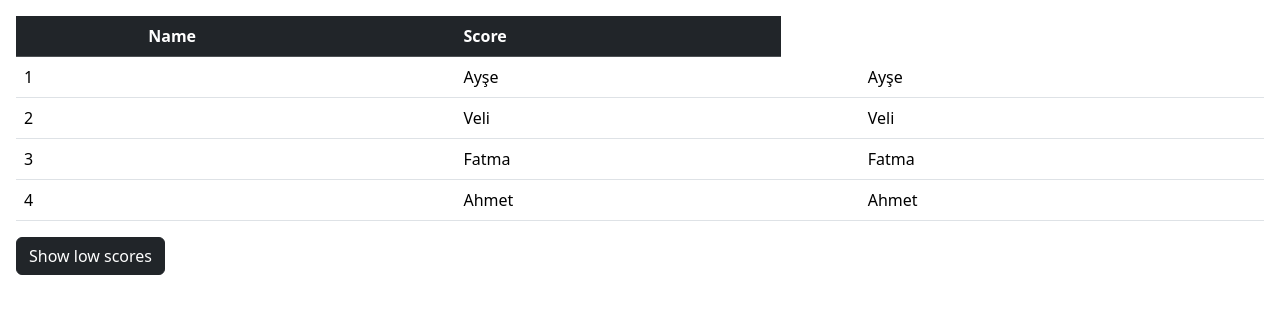
Repository: GorkemTurhan89/jsTutorial
Page: day17/70-dom-2.html
The author's editor kept a copy of each file at every save. The page is drawn from the files as they stood at one save, then again after the next save.
The browser window is 1280 px wide. The pictures show the whole page.

Above is the page before, as saved 2024-06-22 13:53:02.

### day17/70-dom-2.html
<!DOCTYPE html>
<html lang="en">
<head>
    <meta charset="UTF-8">
    <meta name="viewport" content="width=device-width, initial-scale=1.0">
    <title>DOM</title>
    <link href="https://cdn.jsdelivr.net/npm/bootstrap@5.3.3/dist/css/bootstrap.min.css" rel="stylesheet" integrity="sha384-QWTKZyjpPEjISv5WaRU9OFeRpok6YctnYmDr5pNlyT2bRjXh0JMhjY6hW+ALEwIH" crossorigin="anonymous">
</head>
<body class="p-3">

    <table id="tblStudents" class="table">
        <thead class="table-dark">
            <tr>
                <th></th>
                <th>Name</th>
                <th>Score</th>
            </tr>
        </thead>
        <tbody>


        </tbody>
    </table>
    <button id="btnShowLowScores" class="btn btn-dark">Show low scores</button>

    <script type="module" src="js/script-70.js">

    </script>
</body>
</html>

### day17/js/script-70.js
import {students} from "./student.js"

document.getElementById("btnShowLowScores").addEventListener("click",()=>{

    setRowColorsForLowScores();

});

const setRowColorsForLowScores =() =>{

    const tableRows = document.querySelectorAll("#tblStudents tbody tr")
}


const loadData =()=>{
    let html="";

    students.forEach((student,index)=>{

        html+=`<tr><td>${index+1}<td>
                    <td>${student.name}<td>
                    <td>${student.name}<td>
                    </tr>`;


    })

    const tbody = document.querySelector("#tblStudents tbody");
    tbody.innerHTML=html;
}
loadData();

### day17/js/student.js
export const students = [
    { id: 1, name: "Ayşe", point: 80 },
    { id: 2, name: "Veli", point: 32 },
    { id: 3, name: "Fatma", point: 56 },
    { id: 4, name: "Ahmet", point: 76 },
  ];

After the next save:
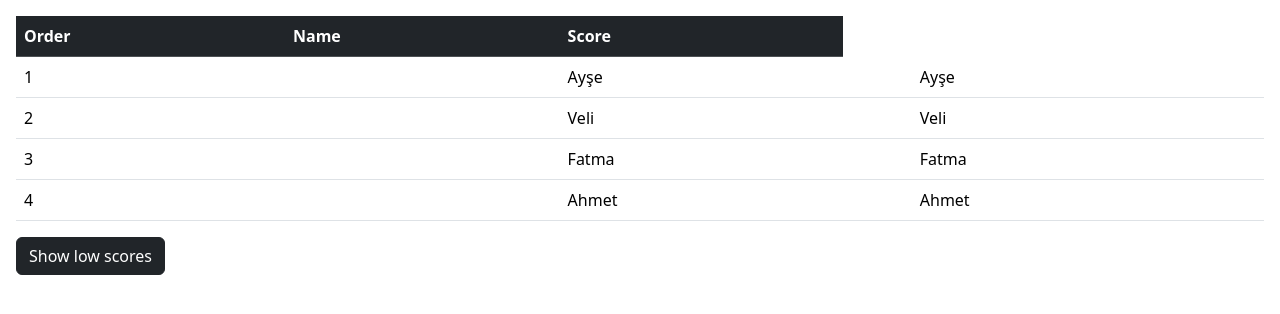
Saved 38 s later.
--- a/day17/70-dom-2.html
+++ b/day17/70-dom-2.html
@@ -11,7 +11,7 @@
     <table id="tblStudents" class="table">
         <thead class="table-dark">
             <tr>
-                <th></th>
+                <th>Order</th>
                 <th>Name</th>
                 <th>Score</th>
             </tr>
